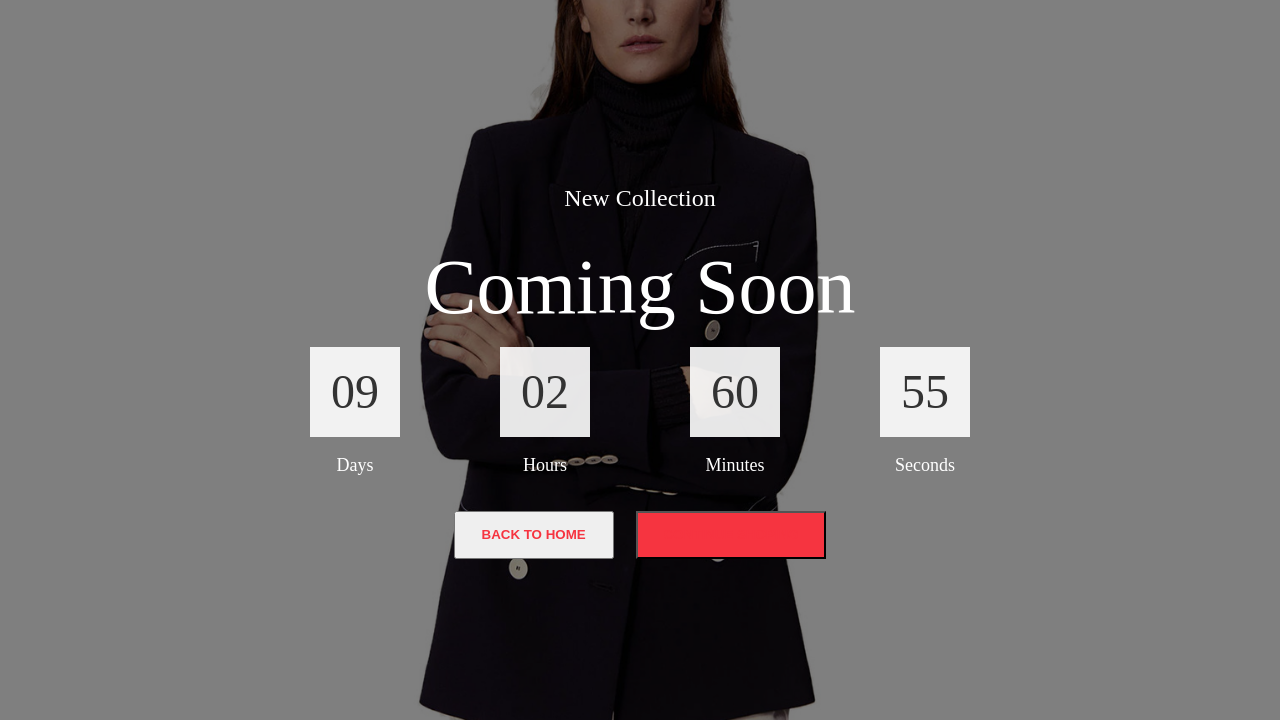
Repository: ST-United-Internship/Modaz-4life
Page: comingsoon&FAQ/coming-soon.html
An editor plug-in stored every save of this project. The page is shown before and after a run of saves, followed by the edit.
The browser window is 1280 px wide. The pictures show the whole page.

Above is the page before, as saved 2023-03-22 10:13:11.

After the next 2 saves:
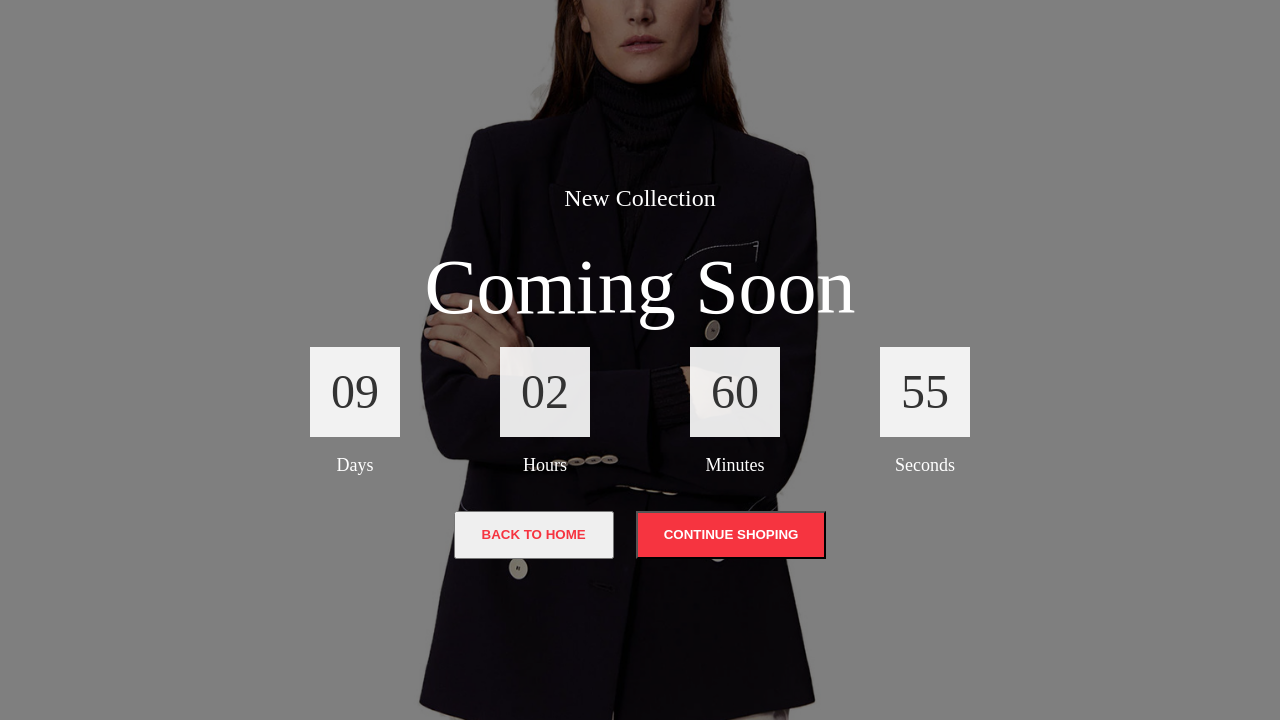
The 2 saves are shown as one change because they came seconds apart.
The last was saved 6 s later.
--- a/comingsoon&FAQ/css/comming-soon.css
+++ b/comingsoon&FAQ/css/comming-soon.css
@@ -93,7 +93,7 @@
     line-height: 30px;
     text-transform: uppercase;
     margin: 0 9px;
-    color: #f63440;
+    color: #fff;
     background-color: #f63440;
 }
 
